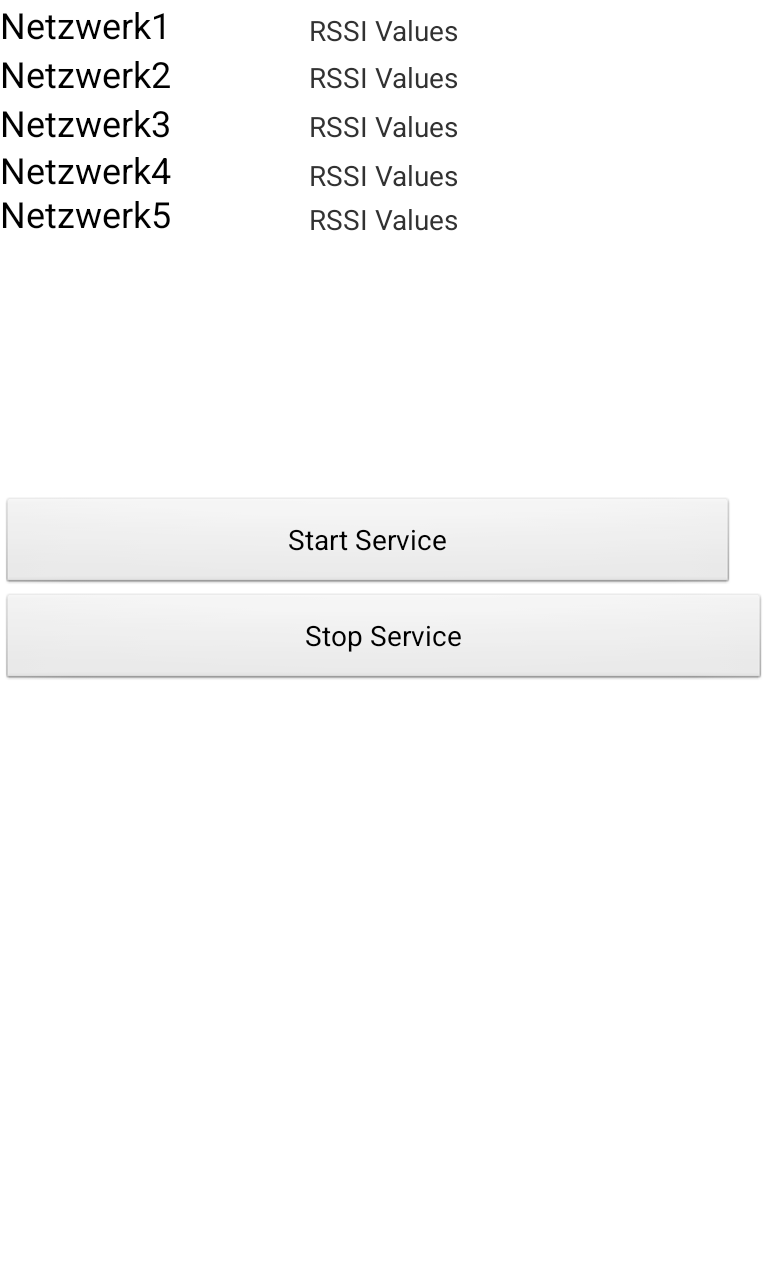
Repository: agejku/Embedded-Systems
Layout: Positionsensor/res/layout/main.xml
An editor plug-in stored every save of this project. The layout is shown before and after the next save, followed by the edit.
It is drawn on a 768 x 1280 px phone screen (xhdpi) without system bars, with theme AppTheme; the app's code is not run.

Above is the layout before, as saved 2014-04-23 11:23:41.

After the next save:
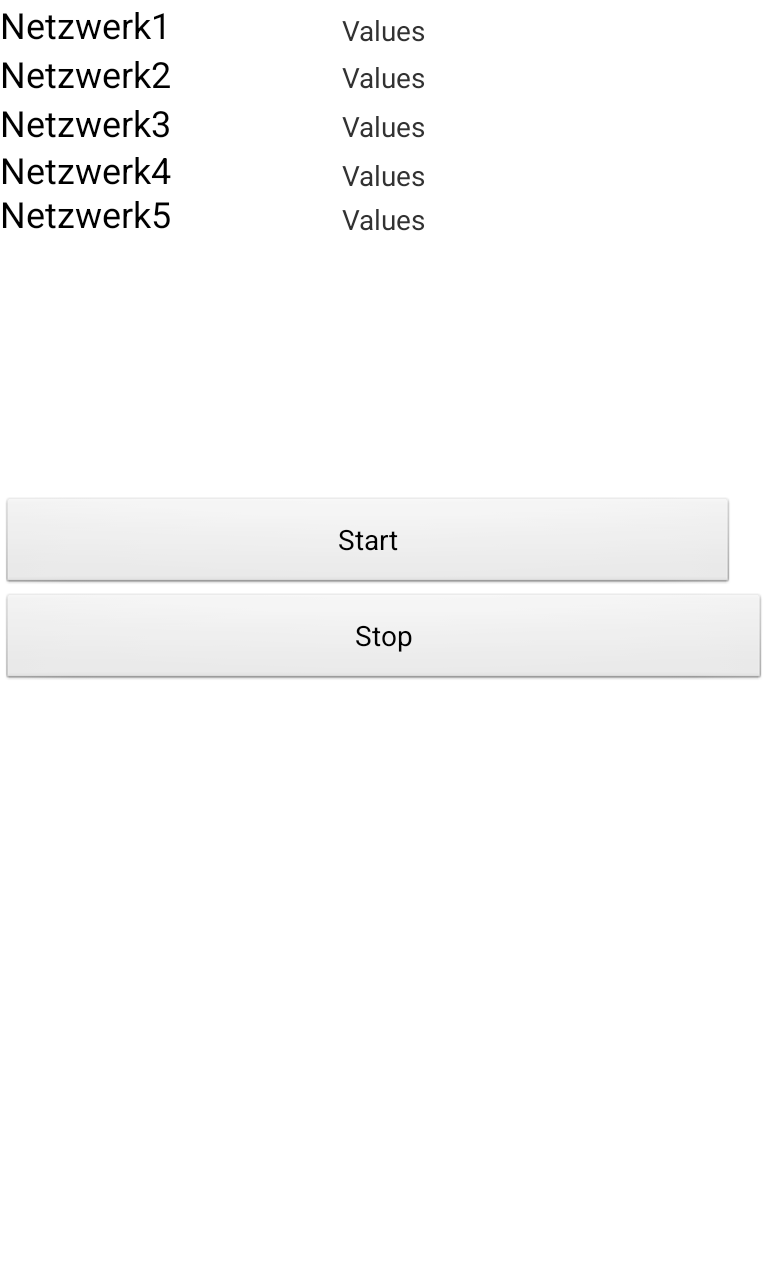
Saved 32 s later.
--- a/Positionsensor/res/values/strings.xml
+++ b/Positionsensor/res/values/strings.xml
@@ -1,12 +1,11 @@
 <resources>
 
-    <string name="app_name">WifiFingerprinting</string>
-    <string name="hello_world">Hello world!</string>
+    <string name="app_name">Positionsensor</string>
     <string name="menu_settings">Settings</string>
-    <string name="title_activity_main">Wifi Fingerprinting</string>
-    <string name="start_service">Start Service</string>
-    <string name="stop_service">Stop Service</string>
-    <string name="start_rssi">RSSI Values</string>
+    <string name="title_activity_main">Positionsensor</string>
+    <string name="start_service">Start</string>
+    <string name="stop_service">Stop</string>
+    <string name="start_rssi">Values</string>
     <string name="network1">Netzwerk1</string>
     <string name="network2">Netzwerk2</string>
     <string name="network3">Netzwerk3</string>
